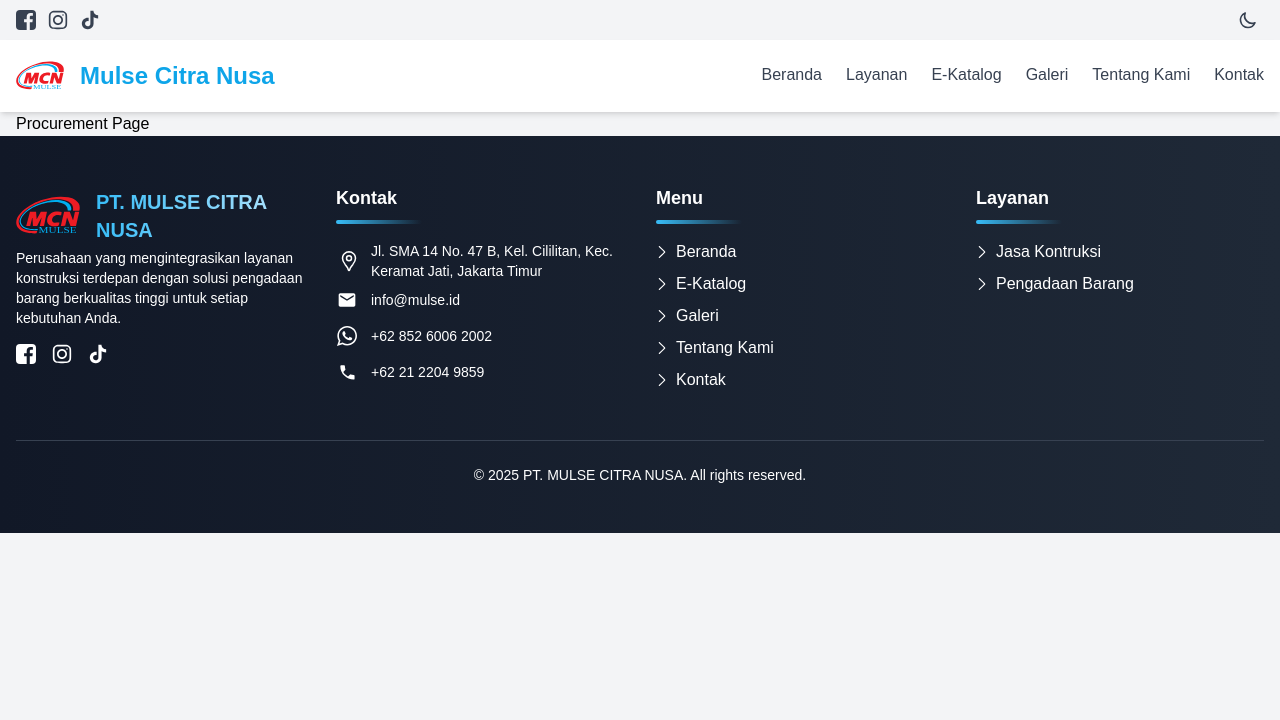
Repository: PrasBaldin/next-mulse
Page: /services/procurement
These files come from the project's save history. The page is drawn as it stood at one moment and after a run of saves; the edit follows.
The browser window is 1280 px wide. The pictures show the whole page.
The project was rebuilt for these pictures with package versions that can differ from the ones it lists, and the page was loaded fresh each time. The framework's server and built-in components were replaced by stand-ins that run in the browser. Also part of the build but not shown: next.config.ts.

Above is the page before, as saved 2025-02-26 12:45:18.

### app/layout.tsx
import type { Metadata } from "next";
import { Geist, Geist_Mono } from "next/font/google";
import "./globals.css";
import Navbar from "@/components/navbar";
import Footer from "@/components/footer";

const geistSans = Geist({
  variable: "--font-geist-sans",
  subsets: ["latin"],
});

const geistMono = Geist_Mono({
  variable: "--font-geist-mono",
  subsets: ["latin"],
});

export const metadata: Metadata = {
  title: "Mulse",
  description: "Selamat datang di PT. Mulse Citra Nusa, kami menyediakan barang dan jasa sesuai kebutuhan Anda.",
};

export default function RootLayout({
  children,
}: Readonly<{
  children: React.ReactNode;
}>) {
  return (
    <html lang="en">
      <body className={`${geistSans.variable} ${geistMono.variable} antialiased`} >
        <Navbar />
        {children}
        <Footer />
      </body>
    </html>
  );
}

### app/services/procurement/page.tsx
import React from "react";

const ProcurementPage = () => {
  return (
    <>
      <section className="mt-[72px] lg:mt-[112px]">
        <div className="container">
          <h3>Procurement Page</h3>
        </div>
      </section>
    </>
  );
};

export default ProcurementPage;

### app/globals.css
@tailwind base;
@tailwind components;
@tailwind utilities;

:root {
  --background: #ffffff;
  --foreground: #171717;
}

@media (prefers-color-scheme: dark) {
  :root {
    --background: #0a0a0a;
    --foreground: #ededed;
  }
}

body {
  font-family: Arial, Helvetica, sans-serif;
  @apply bg-gray-100 dark:bg-gray-700;
}

.container {
  @apply mx-auto px-4;
}

.btn {
  @apply px-4 py-3 rounded-lg transition duration-500 ease-in-out;
}

.btn-primary {
  @apply bg-sky-600 hover:bg-sky-700 dark:hover:bg-sky-700 text-gray-100 hover:text-gray-300;
}

.btn-secondary {
  @apply bg-gray-100 hover:bg-gray-300 dark:hover:bg-gray-300 text-gray-800;
}

.btn-primary-border {
  @apply bg-transparent hover:bg-sky-500 dark:hover:bg-sky-500 border-2 border-sky-500 text-sky-500 dark:text-sky-500 hover:text-white dark:hover:text-white;
}

.banner {
  background-image: url("/img/banner-2.jpg");
  background-size: cover;
  @apply py-[100px] relative;
}

.banner-mask {
  @apply absolute inset-0 bg-gradient-to-r from-gray-100/90 to-sky-500/20 dark:from-gray-800/90 dark:to-sky-500/20 transition duration-500 ease-in-out z-[0];
}

.breadcrumbs {
  @apply flex gap-2 font-medium;
}

### components/navbar.tsx
"use client";
import { useState } from "react";
import Link from "next/link";
import Image from "next/image";

import MulseSvg from "@/public/img/mulse.svg";
import "./navbar.css";

// import ToggleLanguage from "./toggleLanguage";
import ToggleDarkMode from "./toggleDarkMode";

const Navbar = () => {
  const [isOpen, setIsOpen] = useState(false);
  const [isDropdownOpen, setIsDropdownOpen] = useState(false);

  return (
    <>
      <div className="utility-bar">
        <div className="container">
          <div className="flex justify-between items-center">
            <div className="w-full flex">
              <a
                href="https://www.facebook.com/profile.php?id=61550927165561&ref=ig_profile_ac"
                target="_blank"
                rel="noopener noreferrer"
                aria-label="Facebook"
                className="social-media-link hover:text-sky-400 transition-colors duration-300"
              >
                <svg
                  className="w-5 h-5 rounded"
                  fill="currentColor"
                  viewBox="0 0 24 24"
                  stroke="none"
                >
                  <path d="M22.675 0h-21.35C.593 0 0 .593 0 1.325v21.351C0 23.407.593 24 1.325 24h11.494v-9.294H9.692v-3.622h3.127V8.413c0-3.1 1.894-4.788 4.659-4.788 1.325 0 2.463.099 2.794.143v3.24l-1.918.001c-1.504 0-1.794.715-1.794 1.763v2.314h3.587l-.467 3.622h-3.12V24h6.116C23.407 24 24 23.407 24 22.675V1.325C24 .593 23.407 0 22.675 0z" />
                </svg>
              </a>
              <a
                href="https://www.instagram.com/mulse.id/"
                target="_blank"
                rel="noopener noreferrer"
                aria-label="Instagram"
                className="social-media-link hover:text-sky-400 transition-colors duration-300"
              >
                <svg
                  className="w-5 h-5"
                  viewBox="0 0 24 24"
                  fill="none"
                  xmlns="http://www.w3.org/2000/svg"
                >
                  <path
                    fillRule="evenodd"
                    clipRule="evenodd"
                    d="M12 18C15.3137 18 18 15.3137 18 12C18 8.68629 15.3137 6 12 6C8.68629 6 6 8.68629 6 12C6 15.3137 8.68629 18 12 18ZM12 16C14.2091 16 16 14.2091 16 12C16 9.79086 14.2091 8 12 8C9.79086 8 8 9.79086 8 12C8 14.2091 9.79086 16 12 16Z"
                    fill="currentColor"
                  />
                  <path
                    d="M18 5C17.4477 5 17 5.44772 17 6C17 6.55228 17.4477 7 18 7C18.5523 7 19 6.55228 19 6C19 5.44772 18.5523 5 18 5Z"
                    fill="currentColor"
                  />
                  <path
                    fillRule="evenodd"
                    clipRule="evenodd"
                    d="M1.65396 4.27606C1 5.55953 1 7.23969 1 10.6V13.4C1 16.7603 1 18.4405 1.65396 19.7239C2.2292 20.8529 3.14708 21.7708 4.27606 22.346C5.55953 23 7.23969 23 10.6 23H13.4C16.7603 23 18.4405 23 19.7239 22.346C20.8529 21.7708 21.7708 20.8529 22.346 19.7239C23 18.4405 23 16.7603 23 13.4V10.6C23 7.23969 23 5.55953 22.346 4.27606C21.7708 3.14708 20.8529 2.2292 19.7239 1.65396C18.4405 1 16.7603 1 13.4 1H10.6C7.23969 1 5.55953 1 4.27606 1.65396C3.14708 2.2292 2.2292 3.14708 1.65396 4.27606ZM13.4 3H10.6C8.88684 3 7.72225 3.00156 6.82208 3.0751C5.94524 3.14674 5.49684 3.27659 5.18404 3.43597C4.43139 3.81947 3.81947 4.43139 3.43597 5.18404C3.27659 5.49684 3.14674 5.94524 3.0751 6.82208C3.00156 7.72225 3 8.88684 3 10.6V13.4C3 15.1132 3.00156 16.2777 3.0751 17.1779C3.14674 18.0548 3.27659 18.5032 3.43597 18.816C3.81947 19.5686 4.43139 20.1805 5.18404 20.564C5.49684 20.7234 5.94524 20.8533 6.82208 20.9249C7.72225 20.9984 8.88684 21 10.6 21H13.4C15.1132 21 16.2777 20.9984 17.1779 20.9249C18.0548 20.8533 18.5032 20.7234 18.816 20.564C19.5686 20.1805 20.1805 19.5686 20.564 18.816C20.7234 18.5032 20.8533 18.0548 20.9249 17.1779C20.9984 16.2777 21 15.1132 21 13.4V10.6C21 8.88684 20.9984 7.72225 20.9249 6.82208C20.8533 5.94524 20.7234 5.49684 20.564 5.18404C20.1805 4.43139 19.5686 3.81947 18.816 3.43597C18.5032 3.27659 18.0548 3.14674 17.1779 3.0751C16.2777 3.00156 15.1132 3 13.4 3Z"
                    fill="currentColor"
                  />
                </svg>
              </a>
              <a
                href="/"
                target="_blank"
                rel="noopener noreferrer"
                aria-label="Tiktok"
                className="social-media-link hover:text-sky-400 transition-colors duration-300"
              >
                <svg
                  className="w-5 h-5"
                  fill="currentColor"
                  viewBox="0 0 32 32"
                  version="1.1"
                  xmlns="http://www.w3.org/2000/svg"
                >
                  <path d="M16.656 1.029c1.637-0.025 3.262-0.012 4.886-0.025 0.054 2.031 0.878 3.859 2.189 5.213l-0.002-0.002c1.411 1.271 3.247 2.095 5.271 2.235l0.028 0.002v5.036c-1.912-0.048-3.71-0.489-5.331-1.247l0.082 0.034c-0.784-0.377-1.447-0.764-2.077-1.196l0.052 0.034c-0.012 3.649 0.012 7.298-0.025 10.934-0.103 1.853-0.719 3.543-1.707 4.954l0.020-0.031c-1.652 2.366-4.328 3.919-7.371 4.011l-0.014 0c-0.123 0.006-0.268 0.009-0.414 0.009-1.73 0-3.347-0.482-4.725-1.319l0.040 0.023c-2.508-1.509-4.238-4.091-4.558-7.094l-0.004-0.041c-0.025-0.625-0.037-1.25-0.012-1.862 0.49-4.779 4.494-8.476 9.361-8.476 0.547 0 1.083 0.047 1.604 0.136l-0.056-0.008c0.025 1.849-0.050 3.699-0.050 5.548-0.423-0.153-0.911-0.242-1.42-0.242-1.868 0-3.457 1.194-4.045 2.861l-0.009 0.030c-0.133 0.427-0.21 0.918-0.21 1.426 0 0.206 0.013 0.41 0.037 0.61l-0.002-0.024c0.332 2.046 2.086 3.59 4.201 3.59 0.061 0 0.121-0.001 0.181-0.004l-0.009 0c1.463-0.044 2.733-0.831 3.451-1.994l0.010-0.018c0.267-0.372 0.45-0.822 0.511-1.311l0.001-0.014c0.125-2.237 0.075-4.461 0.087-6.698 0.012-5.036-0.012-10.060 0.025-15.083z"></path>
                </svg>
              </a>
            </div>
            <div className="utility-content">
              {/* <ToggleLanguage /> */}
              <ToggleDarkMode />
            </div>
          </div>
        </div>
      </div>
      <nav className="navbar">
        <div className="container">
          <div className="flex justify-between items-center">
            <Link
              href="/"
              className="text-2xl font-bold text-sky-500 dark:text-gray-100 flex items-center transition duration-500 ease-in-out py-3"
            >
              <Image src={MulseSvg} alt="img" className="w-12 mr-4" />
              Mulse Citra Nusa
            </Link>

            <div className="hidden lg:flex space-x-6 items-center">
              <Link href="/" className="nav-link">
                Beranda
              </Link>

              <div
                className="relative group"
                onMouseEnter={() => setIsDropdownOpen(true)}
                onMouseLeave={() => setIsDropdownOpen(false)}
              >
                <Link href="/services">
                  <button className="nav-link flex items-center">
                    Layanan
                  </button>
                </Link>
                <div
                  className={`nav-dropdown min-w-[200px] ${
                    isDropdownOpen
                      ? "opacity-100 visible scale-100 translate-y-0"
                      : "opacity-0 invisible scale-95 translate-y-3"
                  }`}
                >
                  <Link
                    href="/services/procurement"
                    className="nav-link-dropdown"
                  >
                    Pengadaan Barang
                  </Link>
                  <Link
                    href="/services/construction"
                    className="nav-link-dropdown"
                  >
                    Jasa Konstruksi
                  </Link>
                </div>
              </div>
              <a
                href="https://katalog.inaproc.id/mulse-citra-nusa"
                target="_blank"
                className="nav-link"
              >
                E-Katalog
              </a>
              <Link href="/gallery" className="nav-link">
                Galeri
              </Link>
              <Link href="/about" className="nav-link">
                Tentang Kami
              </Link>
              <Link href="/contact" className="nav-link">
                Kontak
              </Link>
            </div>

            <button
              className="lg:hidden relative w-8 h-8"
              onClick={() => setIsOpen(!isOpen)}
            >
              <div
                className={`hamburger ${
                  isOpen
                    ? "rotate-45 top-1/2 transform -translate-y-1/2"
                    : "top-2"
                }`}
              ></div>
              <div
                className={`hamburger ${
                  isOpen ? "opacity-0" : "top-1/2 transform -translate-y-1/2"
                }`}
              ></div>
              <div
                className={`hamburger ${
                  isOpen
                    ? "-rotate-45 bottom-1/2 transform translate-y-1/2"
                    : "bottom-2"
                }`}
              ></div>
            </button>
          </div>
        </div>
      </nav>

      {/* Overlay Sidebar */}
      <div
        className={`lg:hidden fixed top-18 left-0 w-full h-full bg-black/50 backdrop-blur-sm transition-opacity duration-500 ease-in-out z-[9] ${
          isOpen ? "opacity-100 visible" : "opacity-0 invisible"
        }`}
        onClick={() => setIsOpen(false)}
      ></div>

      {/* Sidebar Menu */}
      <div
        className={`bg-white dark:bg-gray-800 lg:hidden fixed mt-[72px] right-0 w-64 h-full shadow-lg transform transition-transform duration-500 ease-in-out z-10 ${
          isOpen ? "translate-x-0" : "translate-x-full"
        }`}
      >
        <div className="p-6 flex flex-col space-y-4">
          <Link
            href="/"
            className="nav-link-mobile"
            onClick={() => setIsOpen(false)}
          >
            Beranda
          </Link>

          <div>
            <button
              className="nav-link-mobile flex items-center w-full"
              onClick={() => setIsDropdownOpen(!isDropdownOpen)}
            >
              Layanan
              <span
                className={`dropdown-arrow ${
                  isDropdownOpen
                    ? "rotate-45 absolute right-9 mb-2"
                    : "-rotate-45 absolute right-9"
                }`}
              ></span>
            </button>
            <div
              className={`bg-white dark:bg-gray-800 ml-4 space-y-2 rounded-lg overflow-hidden transition-all duration-500 ease-in-out ${
                isDropdownOpen
                  ? "max-h-[500px] opacity-100 p-2 mt-2"
                  : "max-h-0 opacity-0 p-0 mt-0"
              }`}
            >
              <Link
                href="/services/procurement"
                className="nav-link-mobile block"
                onClick={() => setIsOpen(false)}
              >
                Pengadaan Barang
              </Link>
              <Link
                href="/services/construction"
                className="nav-link-mobile block"
                onClick={() => setIsOpen(false)}
              >
                Jasa Konstruksi
              </Link>
            </div>
          </div>
          <Link
            href="https://katalog.mulse.id"
            className="nav-link-mobile"
            onClick={() => setIsOpen(false)}
          >
            E-Katalog
          </Link>
          <Link
            href="/gallery"
            className="nav-link-mobile"
            onClick={() => setIsOpen(false)}
          >
            Galeri
          </Link>
          <Link
            href="/about"
            className="nav-link-mobile"
            onClick={() => setIsOpen(false)}
          >
            Tentang Kami
          </Link>
          <Link
            href="/contact"
            className="nav-link-mobile"
            onClick={() => setIsOpen(false)}
          >
            Kontak
          </Link>
          {/* <ToggleLanguage /> */}
          <ToggleDarkMode />
        </div>
      </div>
    </>
  );
};

export default Navbar;

### components/navbar.css
.utility-bar {
  @apply hidden lg:block absolute top-0 w-full py-1 bg-gray-100 dark:bg-gray-700 transition duration-500 ease-in-out z-10;
}

.utility-content {
  @apply w-auto flex gap-2;
}

.social-media-link {
  @apply mr-3 text-gray-700 dark:text-gray-100 hover:text-sky-500 dark:hover:text-sky-500 transition duration-300;
}

.navbar {
  @apply bg-white dark:bg-gray-800 transition duration-500 ease-in-out shadow-md top-0 lg:top-[40px] fixed lg:absolute w-full z-20;
}

.nav-link {
  @apply text-gray-700 hover:text-sky-500 dark:hover:text-sky-500 dark:text-gray-100 py-5 transition duration-500 ease-in-out border-b-2 border-transparent hover:border-sky-500 flex items-center;
}

.nav-dropdown {
  @apply bg-white dark:bg-gray-800 absolute top-[4rem] -left-2 w-auto pt-2 p-3 border-2 border-sky-300 dark:border-sky-800 border-t-sky-500 dark:border-t-sky-500 shadow-xl rounded-lg overflow-visible transition-all duration-300 transform;
}

.nav-link-dropdown {
  @apply text-gray-700 hover:text-sky-500 dark:hover:text-sky-500 dark:text-gray-100 pt-2 pb-1 transition duration-500 ease-in-out hover:bg-gray-100 dark:hover:bg-gray-700 rounded border-b border-gray-200 hover:border-sky-500 block mt-2 px-2;
}

.nav-link-mobile {
  @apply hover:bg-gray-100 dark:hover:bg-gray-700 text-gray-700 hover:text-sky-500 dark:hover:text-sky-500 dark:text-gray-100 py-2 pl-2 border-b border-gray-200 hover:border-sky-500 rounded transition;
}

.hamburger {
  @apply absolute w-6 h-[3px] bg-gray-800 dark:bg-gray-100 rounded transition duration-500 ease-in-out;
}

.dropdown-arrow {
  @apply border-b-2 border-r-2 border-gray-700 dark:border-gray-100 ml-2 w-3 h-3 transition duration-500 ease-in-out;
}

.nav-link-mobile:hover .dropdown-arrow {
  @apply border-sky-500;
}

### components/toggleDarkMode.tsx
"use client";
import { useState, useEffect } from "react";
import IconDarkMode from "../app/_assets/icon/iconDarkmode";
import IconLightMode from "../app/_assets/icon/iconLightmode";

import "./toggleDarkMode.css";

const ToggleDarkMode = () => {
  const [isDarkMode, setIsDarkMode] = useState(false);
  useEffect(() => {
    const storedTheme = localStorage.getItem("theme");
    setIsDarkMode(storedTheme === "dark");
  }, []);

  useEffect(() => {
    if (isDarkMode) {
      document.documentElement.classList.add("dark");
      localStorage.setItem("theme", "dark");
    } else {
      document.documentElement.classList.remove("dark");
      localStorage.setItem("theme", "light");
    }
  }, [isDarkMode]);

  return (
    <>
      {/* Mobile */}
      <button
        onClick={() => setIsDarkMode(!isDarkMode)}
        className="lg:hidden btn h-11 flex items-center"
        style={{ padding: ".5rem" }}
      >
        <div className="block">
          <div className="absolute flex items-center gap-2">
            <div
              className={`toggle-dark-mode-mobile gap-2 ${
                isDarkMode ? "opacity-100 rotate-0" : "opacity-0 rotate-90"
              }`}
            >
              <IconLightMode />
            </div>
            <span
              className={`text-gray-700 dark:text-gray-300 ${
                isDarkMode ? "opacity-100" : "opacity-0"
              }`}
            >
              Light Mode
            </span>
          </div>
          <div className="flex items-center gap-2">
            <div
              className={`toggle-dark-mode-mobile gap-2 ${
                isDarkMode ? "opacity-0 -rotate-90" : "opacity-100 rotate-0"
              }`}
            >
              <IconDarkMode />
            </div>
            <span
              className={`text-gray-700 dark:text-gray-300 ${
                isDarkMode ? "opacity-0" : "opacity-100"
              }`}
            >
              Night Mode
            </span>
          </div>
        </div>
      </button>

      {/* Desktop */}
      <button
        onClick={() => setIsDarkMode(!isDarkMode)}
        className="btn hidden lg:block btn w-8 h-8 relative overflow-hidden"
      >
        <div
          className={`toggle-dark-mode ${
            isDarkMode ? "opacity-100 rotate-0" : "opacity-0 rotate-90"
          }`}
        >
          <IconLightMode />
        </div>
        <div
          className={`toggle-dark-mode ${
            isDarkMode ? "opacity-0 -rotate-90" : "opacity-100 rotate-0"
          }`}
        >
          <IconDarkMode />
        </div>
      </button>
    </>
  );
};

export default ToggleDarkMode;

### components/footer.css
footer table tr a {
    @apply transition duration-300
}

footer table tr:hover a {
    @apply text-sky-400
}

### app/_assets/icon/iconDarkmode.tsx
import React from "react";

const IconDarkmode = () => {
    return (
        <svg xmlns="http://www.w3.org/2000/svg" className="h-5 w-5 text-gray-700 dark:text-gray-100" fill="none" viewBox="0 0 24 24" stroke="currentColor">
            <path strokeLinecap="round" strokeLinejoin="round" strokeWidth={2} d="M20.354 15.354A9 9 0 018.646 3.646 9.003 9.003 0 0012 21a9.003 9.003 0 008.354-5.646z" />
        </svg>
    )
}

export default IconDarkmode

### app/_assets/icon/iconLightmode.tsx
import React from "react";

const IconLightMode = () => {
    return (
        <svg xmlns="http://www.w3.org/2000/svg" className="h-5 w-5 text-gray-100" fill="none" viewBox="0 0 24 24" stroke="currentColor">
            <path strokeLinecap="round" strokeLinejoin="round" strokeWidth="2" d="M12 3v1m0 16v1m9-9h-1M4 12H3m15.364 6.364l-.707-.707M6.343 6.343l-.707-.707m12.728 0l-.707.707M6.343 17.657l-.707.707" />
            <circle cx="12" cy="12" r="3" stroke="currentColor" strokeWidth="2" fill="none" />
        </svg>
    )
}

export default IconLightMode

### components/toggleDarkMode.css
.toggle-dark-mode {
    @apply absolute top-0 bottom-0 left-0 right-0 flex items-center justify-center transition-all duration-500 transform
}

.toggle-dark-mode-mobile {
    @apply flex items-center justify-center transition-all duration-500 transform
}

### tailwind.config.ts
import type { Config } from "tailwindcss";

export default {
  darkMode: 'class',
  content: [
    "./pages/**/*.{js,ts,jsx,tsx,mdx}",
    "./components/**/*.{js,ts,jsx,tsx,mdx}",
    "./app/**/*.{js,ts,jsx,tsx,mdx}"
  ],
  theme: {
    extend: {
      width: {
        '11': '2.75rem',
      },
      height: {
        '11': '2.75rem',
      },
      colors: {
        background: "var(--background)",
        foreground: "var(--foreground)",
      },
    },
  },
  plugins: [],
} satisfies Config;

Loaded but not shown: components/footer.tsx (503 lines, source omitted)

After the next 2 saves:
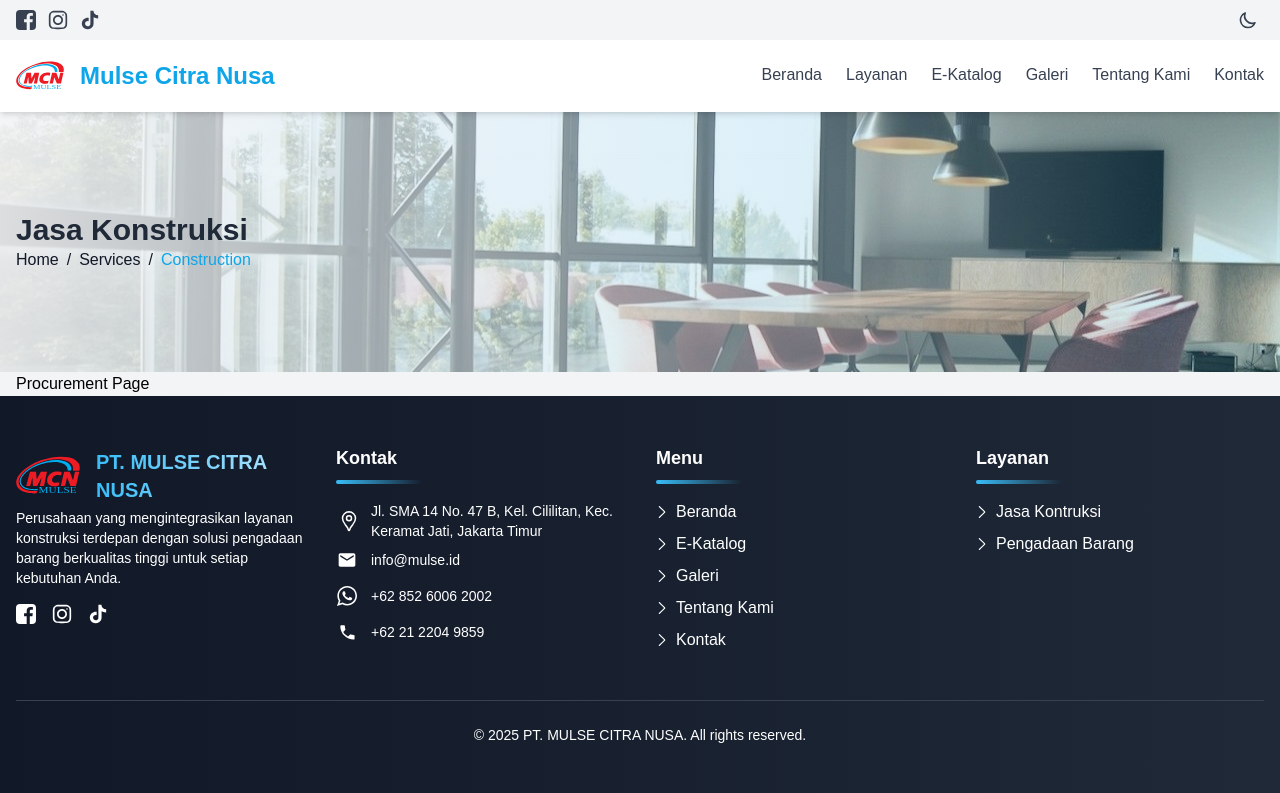
The 2 saves are shown as one change because 1 did not build or start.
The last was saved 46 s later.
--- a/app/services/procurement/page.tsx
+++ b/app/services/procurement/page.tsx
@@ -1,13 +1,52 @@
-import React from "react";
+import Link from "next/link";
 
 const ProcurementPage = () => {
   return (
     <>
       <section className="mt-[72px] lg:mt-[112px]">
-        <div className="container">
-          <h3>Procurement Page</h3>
+        <div className="banner">
+          <div className="banner-mask"></div>
+          <div className="container z-[1] relative">
+            <div className="banner-content">
+              <h4 className="text-3xl font-bold text-gray-800 dark:text-gray-100 transition duration-500 ease-in-out">
+                Jasa Konstruksi
+              </h4>
+              <ul className="breadcrumbs">
+                <li>
+                  <Link
+                    href="/"
+                    className="text-gray-900 dark:text-gray-100 transition duration-500 ease-in-out"
+                  >
+                    Home
+                  </Link>
+                </li>
+                <li className="text-gray-900 dark:text-gray-100 transition duration-500 ease-in-out">
+                  /
+                </li>
+                <li>
+                  <Link
+                    href="/"
+                    className="text-gray-900 dark:text-gray-100 transition duration-500 ease-in-out"
+                  >
+                    Services
+                  </Link>
+                </li>
+                <li className="text-gray-900 dark:text-gray-100 transition duration-500 ease-in-out">
+                  /
+                </li>
+                <li>
+                  <Link href="/gallery" className="text-sky-500">
+                    Construction
+                  </Link>
+                </li>
+              </ul>
+            </div>
+          </div>
         </div>
       </section>
+      <div className="container">
+        <h3>Procurement Page</h3>
+      </div>
     </>
   );
 };
